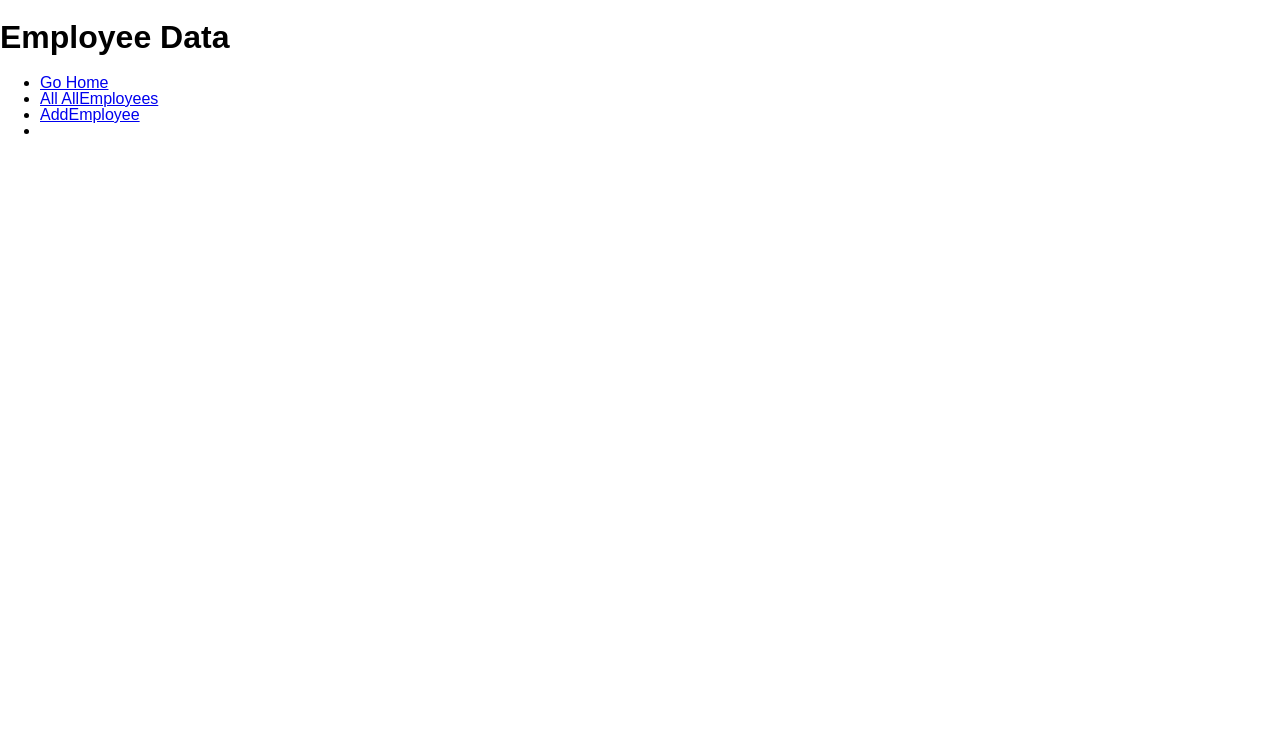
Repository: rh1456/employee-directory
Page: /1
An editor plug-in stored every save of this project. The page is shown before and after the next save, followed by the edit.
The browser window is 1280 px wide. The pictures show the whole page.
The page's requests for data from a server got no answer. The project was rebuilt for these pictures with package versions that can differ from the ones it lists, and the page was loaded fresh each time. No one was signed in, and anything a server would have sent is missing. Also part of the build but not shown: src/pages/AddEmployee.jsx, src/components/HelloWorld.jsx, src/pages/HomePage.jsx, src/pages/SingleEmployee.jsx.

Above is the page before, as saved 2019-12-08 15:07:57.

### public/index.html
<!DOCTYPE html>
<html lang="en">
  <head>
    <meta charset="utf-8">
    <link rel="shortcut icon" href="%PUBLIC_URL%/favicon.ico">
    <meta name="viewport" content="width=device-width, initial-scale=1, shrink-to-fit=no">
    <meta name="theme-color" content="#000000">
    <!--
      manifest.json provides metadata used when your web app is added to the
      homescreen on Android. See https://developers.google.com/web/fundamentals/web-app-manifest/
    -->
    <link rel="manifest" href="%PUBLIC_URL%/manifest.json">
    <!--
      Notice the use of %PUBLIC_URL% in the tags above.
      It will be replaced with the URL of the `public` folder during the build.
      Only files inside the `public` folder can be referenced from the HTML.

      Unlike "/favicon.ico" or "favicon.ico", "%PUBLIC_URL%/favicon.ico" will
      work correctly both with client-side routing and a non-root public URL.
      Learn how to configure a non-root public URL by running `npm run build`.
    -->
    <title>Employee Directory</title>
  </head>
  <body>
    <noscript>
      You need to enable JavaScript to run this app.
    </noscript>
    <div id="root"></div>
    <!--
      This HTML file is a template.
      If you open it directly in the browser, you will see an empty page.

      You can add webfonts, meta tags, or analytics to this file.
      The build step will place the bundled scripts into the <body> tag.

      To begin the development, run `npm start` or `yarn start`.
      To create a production bundle, use `npm run build` or `yarn build`.
    -->
  </body>
</html>

### src/App.jsx
import React from 'react'
import { BrowserRouter as Router, Link, Route, Switch } from 'react-router-dom'
// import AllEmployees from './pages/AllEmployees'
import AddEmployee from './pages/AddEmployee'
import HomePage from './pages/HomePage'
import SingleEmployee from './pages/SingleEmployee'
import AllEmployees from './pages/AllEmployees'

const App = () => {
  return (
    <Router>
      <header>
        <h1>Employee Data</h1>
        <nav>
          <ul>
            <li>
              <Link to="/">Go Home</Link>
            </li>
            <li>
              <Link to="/1">All AllEmployees</Link>
            </li>
            <li>
              <Link to="/2">AddEmployee</Link>
            </li>
            <li>{/* <Link to="/employee/:id">Si</Link> */}</li>
          </ul>
        </nav>
      </header>
      <Switch>
        <Route exact path="/" component={HomePage}></Route>
        <Route exact path="/1" component={AllEmployees}></Route>
        <Route exact path="/2" component={AddEmployee}></Route>
        <Route path="/employee/:id" component={SingleEmployee}></Route>
      </Switch>
    </Router>
  )
}

export default App

// <main className="all-employees">
// {employeeData.map((info, i) => {
//   return (
//     <div className="employee-info">
//       <div className="empolyee-sect" key={i}>
//         <div className="employee-data">
//           <img className="employee-pic" src={info.profileImage} />
//           <h2 className="employee-full-name">
//             {info.firstName} {info.lastName}
//           </h2>
//           <h3 className="job">{info.jobTitle}</h3>
//           <h3 className="full-time">
//             Full Time: {info.isFullTime ? 'Yes' : 'No'}
//           </h3>
//         </div>
//       </div>
//     </div>
//   )
// })}

### src/pages/AllEmployees.jsx
import React, { useState, useEffect } from 'react'
import axios from 'axios'
import { Link } from 'react-router-dom'

const AllEmployees = () => {
  const employeeAPI =
    'https://sdg-staff-directory-app.herokuapp.com/api/oilers/employees'
  const [employeeData, setEmployeeData] = useState([])
  const fetchData = async () => {
    const resp = await axios.get(employeeAPI)
    setEmployeeData(resp.data)
  }
  useEffect(() => {
    fetchData()
  }, [])

  return (
    <>
      <main>
        {employeeData.map((employee, i) => {
          return (
            <>
              <section className="allEmployees">
                <section className="employee" key={i}>
                  <p>
                    Full-Time: {employee.isFullTime.toString() ? 'Yes' : 'No'}
                  </p>
                  <p>
                    <Link to={'/employee/' + employee.id}>
                      {employee.firstName} {employee.lastName}{' '}
                    </Link>
                    <span>{employee.jobTitle}</span>
                  </p>
                  <section className="employeeimage">
                    <img
                      className="employee-profile-image"
                      src={employee.profileImage}
                      alt=""
                    />
                  </section>
                </section>
              </section>
            </>
          )
        })}
      </main>
    </>
  )
}

export default AllEmployees

Loaded but not shown: src/index.js (common file); src/index.css (common file)

After the next save:
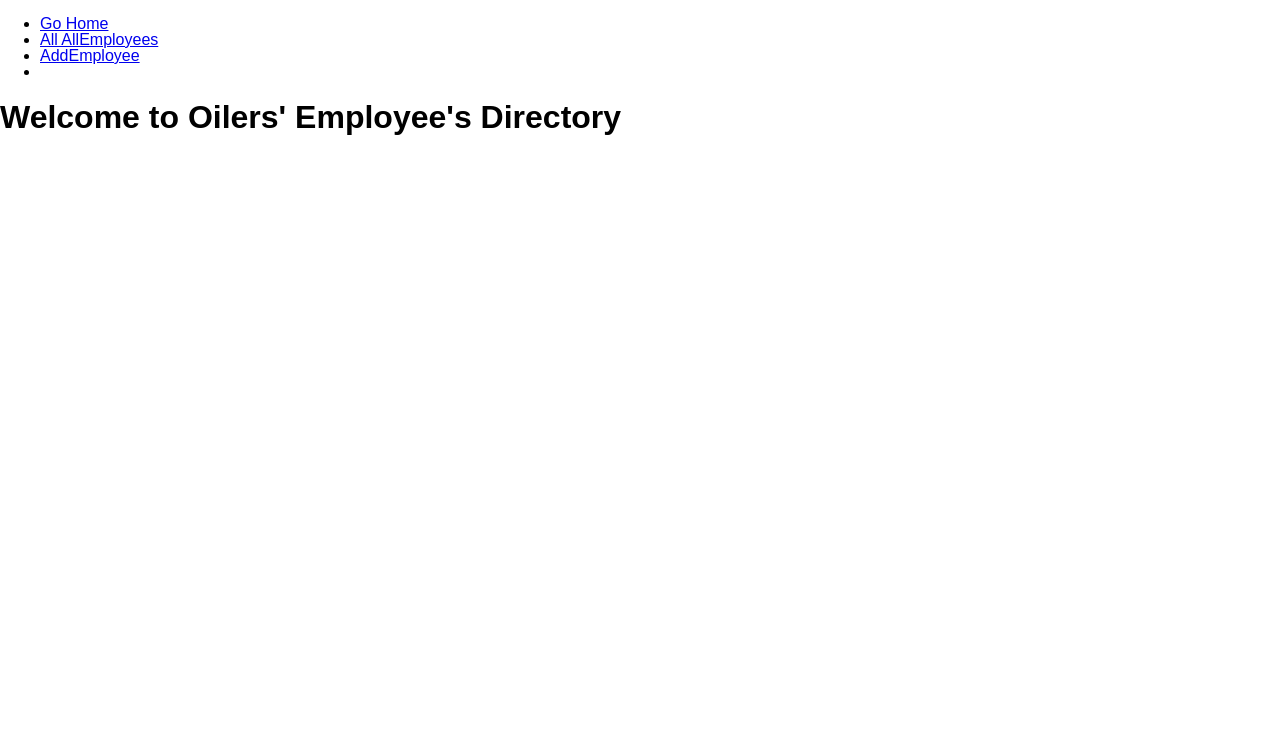
Saved 3 h 6 min later.
--- a/src/App.jsx
+++ b/src/App.jsx
@@ -10,7 +10,6 @@
   return (
     <Router>
       <header>
-        <h1>Employee Data</h1>
         <nav>
           <ul>
             <li>
@@ -26,6 +25,8 @@
           </ul>
         </nav>
       </header>
+      <h1>Welcome to Oilers' Employee's Directory</h1>
+
       <Switch>
         <Route exact path="/" component={HomePage}></Route>
         <Route exact path="/1" component={AllEmployees}></Route>
